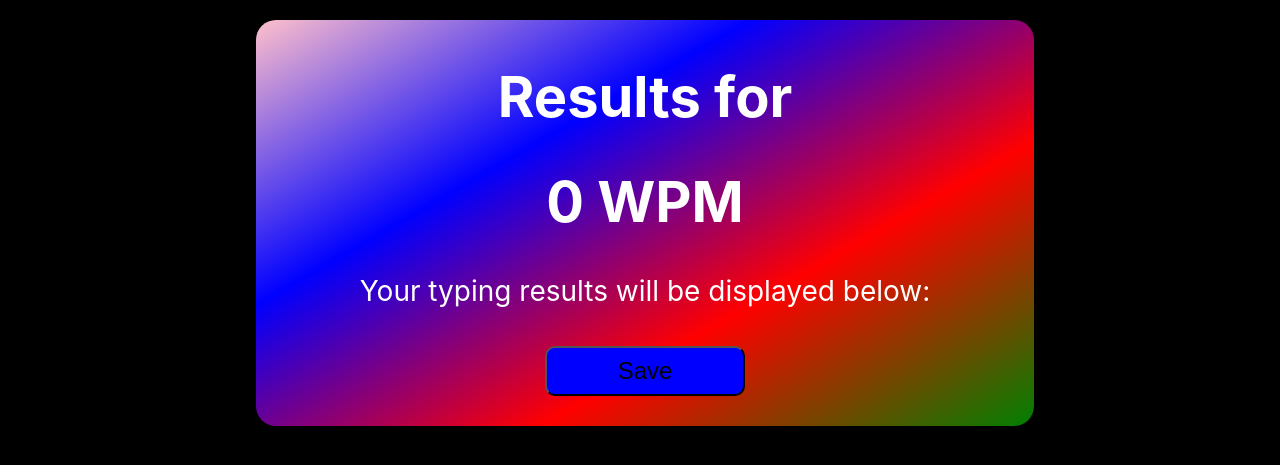
Repository: abhaysharma20233009/swiftKey
Page: /results (app in frontend/my-app/)
These files come from the project's save history. The page is drawn as it stood at one moment and after the next save; the edit follows.
The browser window is 1280 px wide. The pictures show the whole page.
The page's requests for data from a server got no answer. The project was rebuilt for these pictures with package versions that can differ from the ones it lists, and the page was loaded fresh each time. No one was signed in, and anything a server would have sent is missing. Also part of the build but not shown: frontend/my-app/src/Swifts.js, frontend/my-app/src/Login.js.

Above is the page before, as saved 2024-10-10 20:45:51.

### frontend/my-app/src/App.js
//App.js

import './App.css';
import React from 'react';
import { BrowserRouter as Router, Route, Routes } from 'react-router-dom';
import Swift from './Swifts';
import Results from './Results';
import Login from './Login';
const App = () => {
    return (
        <Router>
			<div className="App">
            <Routes>
                <Route path="/" element={<Swift />} />
                <Route path="/results" element={<Results />} />
                <Route path="/login" element={<Login />} />
            </Routes>
			</div>
        </Router>
    );
};

export default App;

### frontend/my-app/src/App.css
.App {
  text-align: center;
  color:white;
}

body{
  background-color:black;
}

.log{
  color:black;
  margin-left: 10px;
  margin-right: 10px;
  background-color: blue;
  border-radius: 10px;
  height:50px;
  width:200px;
  justify-self: end;
  font-size: x-large;
  margin-top:10px;
  margin-bottom:25px;
}




.in{
  border-radius:20px;
  font-size: 24px;
  width: 60%;
  padding: 10px;
  margin: 10px 0;
}

.hea{
  margin-top: 50px;
  margin-bottom:20px;
  margin-left:25%;
  background-color: lightgray;
  font-size: 24px;
  background-color:rgb(0, 128, 9);
  width:50%;
  height:50px;
  border-radius:30px;
  text-align: center;
}

.lo{
  text-align:center;
}
.Timer{
  height:50px;
  font-size:30px;
  margin-bottom: 10px;
  background-color:rgb(33, 222, 23);
  width:50px;
  margin-left:48%;
  border-radius: 15px;
}

.form{
  font-size: 28px;
  margin-top:80px;
  padding:5px;
  background:linear-gradient(150deg,pink,blue,red,green);
  background-color:rgb(169, 90, 63);
  width:60%;
  border-radius:20px;
  margin-left:20%;
}

.logs{
  color:black;
  margin-left: 10px;
  margin-right: 10px;
  background-color: rgb(255, 0, 144);
  border-radius: 10px;
  height:50px;
  width:200px;
  justify-self: end;
  font-size: x-large;
  margin-top:10px;
  margin-bottom:25px;
}

### frontend/my-app/src/Results.js
import React, { useState, useEffect } from 'react';
import { useLocation } from 'react-router-dom';

function Results() {
    const [info, setInfo] = useState([]);
    const location = useLocation();
    const wordTyped = location.state?.wordTyped || 0; // Get currentWordIndex from state
    const username = location.state?.username || '';
    const email=location.state?.email||'';
    const fetchUser = async () => {
        try {
            const response = await fetch('http://localhost:7000/update_info');
            const data = await response.json();
            // Filter data for the specific user
            const userData = data.filter((msg) => msg.username === username);
            setInfo(userData);
        } catch (error) {
            console.error('Error fetching info:', error);
        }
    };

    const saveResults = async () => {
        try {
            const response = await fetch('http://localhost:7000/check-user', {
                method: 'POST',
                headers: {
                    'Content-Type': 'application/json',
                },
                body: JSON.stringify({ username }),
            });

            if (response.ok) {
                try {
                   await fetch('http://localhost:7000/update_info', {
                        method: 'POST',
                        headers: {
                            'Content-Type': 'application/json',
                        },
                        body: JSON.stringify({ username,email, wordTyped }),
                    });
                    await fetchUser(); // Fetch updated user data

                } catch (error) {
                    console.error('Error saving results:', error);
                }
            }
            else {
                alert("login first to save ")
            }
        } catch (error) {
            console.error('Error checking user:', error);
        }
    };

    // Fetch user data on component mount
    useEffect(() => {
        fetchUser();
    }, []);

    return (
        <div className="form" style={{ textAlign: 'center', marginTop: '20px' }}>
            <h1>Results for {username}</h1> {/* Display username here */}
            <h1>{wordTyped} WPM</h1>
            <p>Your typing results will be displayed below:</p>
            <ul>
                {info.map((msg) => (
                    msg.words_typed.map((wordObj, index) => (
                        <li key={`${msg._id}-${index}`}>
                            <strong>   {wordObj.word}            :</strong>{new Date(wordObj.timestamp).toLocaleString()}
                        </li>
                    ))
                ))}
            </ul>
            <button className ="log" onClick={saveResults}>Save</button>
        </div>
    );
}

export default Results;

Loaded but not shown: frontend/my-app/public/index.html (common file); frontend/my-app/src/index.js (common file); frontend/my-app/src/index.css (common file); frontend/my-app/src/reportWebVitals.js (common file)

After the next save:
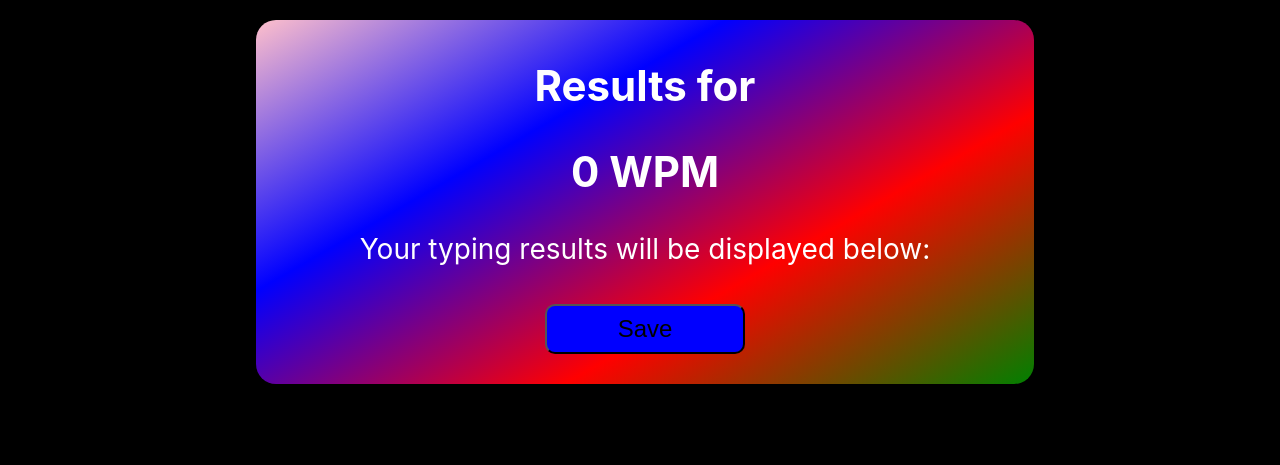
Saved 22 s later.
--- a/frontend/my-app/src/Results.js
+++ b/frontend/my-app/src/Results.js
@@ -59,8 +59,8 @@ function Results() {
 
     return (
         <div className="form" style={{ textAlign: 'center', marginTop: '20px' }}>
-            <h1>Results for {username}</h1> {/* Display username here */}
-            <h1>{wordTyped} WPM</h1>
+            <h2>Results for {username}</h2> {/* Display username here */}
+            <h2>{wordTyped} WPM</h2>
             <p>Your typing results will be displayed below:</p>
             <ul>
                 {info.map((msg) => (
